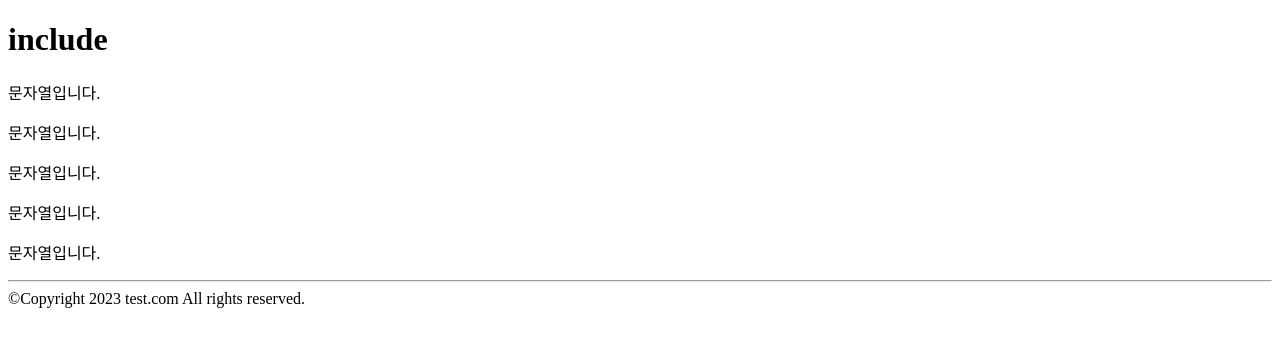
Repository: eeunha/server
Page: http://localhost/JSPTest/ex02.jsp
These files come from the project's save history. The page is drawn as it stood at one moment and after the next save; the edit follows.
The browser window is 1280 px wide. The pictures show the whole page.
The page is served by Tomcat 9.

Above is the page before, as saved 2023-10-17 05:12:15.

After the next save:
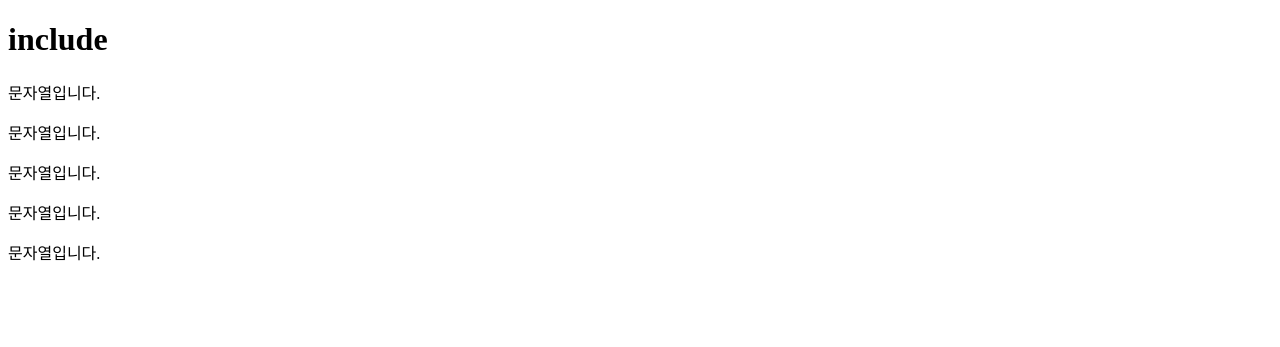
Saved 4 s later.
--- a/JSPTest/src/main/webapp/ex02.jsp
+++ b/JSPTest/src/main/webapp/ex02.jsp
@@ -17,9 +17,6 @@
 	<p>문자열입니다.</p>
 	<p>문자열입니다.</p>
 
-	<hr>
-	<div>
-		&copy;Copyright 2023 test.com All rights reserved.
-	</div>
+
 </body>
 </html>
--- a/JSPTest/src/main/webapp/inc/copyright.jsp
+++ b/JSPTest/src/main/webapp/inc/copyright.jsp
@@ -1,5 +1,5 @@
 <%@ page language="java" contentType="text/html; charset=UTF-8"
-    pageEncoding="UTF-8"%>
+	pageEncoding="UTF-8"%>
 <!DOCTYPE html>
 <html>
 <head>
@@ -7,9 +7,7 @@
 <title>Insert title here</title>
 </head>
 <body>
-<hr>
-	<div>
-		&copy;Copyright 2023 test.com All rights reserved.
-	</div>
+	<hr>
+	<div>&copy;Copyright 2023 test.com All rights reserved.</div>
 </body>
 </html>

After the 3 saves that followed:
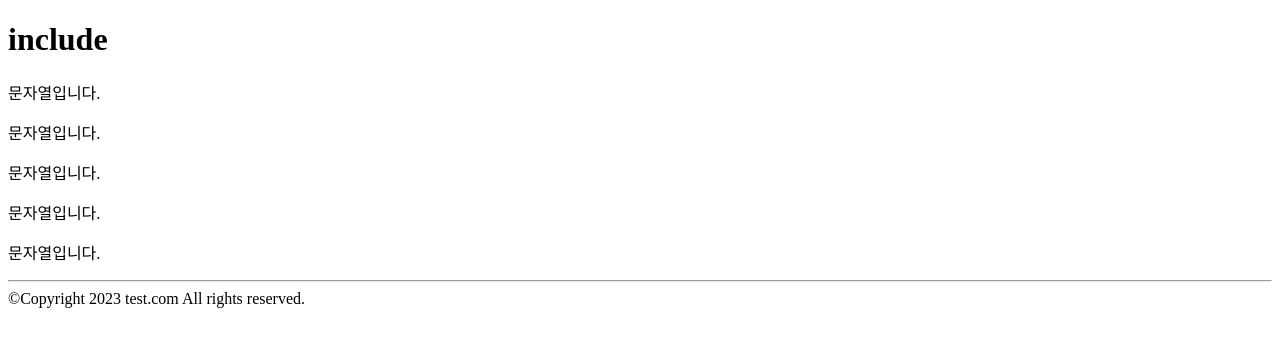
The 3 saves are shown as one change because 1 did not build or start and 1 left the picture as it was.
The last was saved 33 s later.
--- a/JSPTest/src/main/webapp/ex02.jsp
+++ b/JSPTest/src/main/webapp/ex02.jsp
@@ -1,5 +1,5 @@
 <%@ page language="java" contentType="text/html; charset=UTF-8"
-    pageEncoding="UTF-8"%>
+	pageEncoding="UTF-8"%>
 <!DOCTYPE html>
 <html>
 <head>
@@ -7,7 +7,7 @@
 <title>Insert title here</title>
 </head>
 <body>
- 	<!-- ex02.jsp -->
+	<!-- ex02.jsp -->
 
 	<h1>include</h1>
 
@@ -17,6 +17,6 @@
 	<p>문자열입니다.</p>
 	<p>문자열입니다.</p>
 
-
+	<%@ include file="inc/copyright.jsp" %>
 </body>
 </html>
